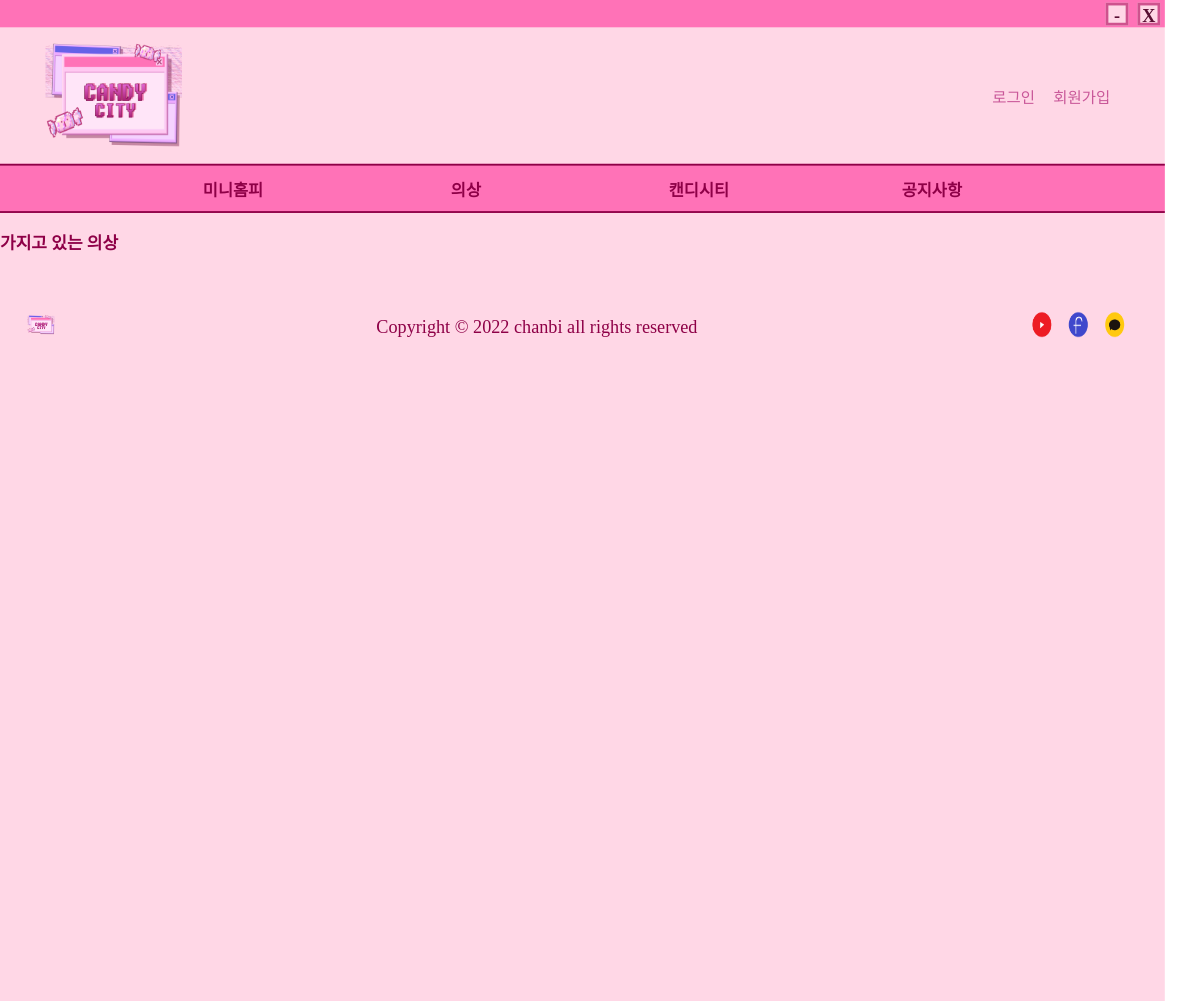
Repository: chanbiM/candyCityProject
Page: http://localhost/CandyCityProj/getcCostumeList
These files come from the project's save history. The page is drawn as it stood at one moment and after the next save; the edit follows.
The browser window is 1280 px wide. The page is 1310 px wide, so the pictures cover 1310 px, including what lies to the right of the window. The pictures show the whole page, at 91% of full size.
Some web fonts or font styles are not loaded; a fallback is used. The page is served by Tomcat 9. Other server files are loaded and not shown. Queries for data that is not in the repository find no rows.

Above is the page before, as saved 2022-11-19 14:20:54.

### CandyCityProj/WebContent/member/character/myCostumeList.jsp
<%@page import="vo.CostumeVO"%>
<%@page import="java.util.ArrayList"%>
<%@page import="vo.MemberVO"%>
<%@ page language="java" contentType="text/html; charset=UTF-8"
    pageEncoding="UTF-8"%>
<%@ include file="/header.jsp"%>

	<br>
<%
	ArrayList<CostumeVO> costumeList = (ArrayList<CostumeVO>)request.getAttribute("costumeList");
	String userName = (String) request.getAttribute("name");
%>
	<h3>가지고 있는 의상</h3>
	<ul class="mainList">
	<% for(CostumeVO data : costumeList) {
		System.out.print(data.getCostumeName());
	%>
		<li>
			<ul class="subList">
				<li><img alt="의상" src="/images/costume/<%= data.getName() %>"></li>
				<li><%= data.getCostumeName() %></li>
			</ul>
		</li>
	<%
	}%>
	</ul>



<%@ include file="/footer.jsp"%>

### CandyCityProj/WebContent/header.jsp
<%@page import="vo.MemberVO"%>
<%@ page language="java" contentType="text/html; charset=UTF-8"
	pageEncoding="UTF-8"%>
<!DOCTYPE html>
<html>
<head>
<meta charset="UTF-8">
<title>Candy City</title>
<link rel="stylesheet" href="/css/mainStyle.css">
<script src="/js/jquery-3.1.1.min.js"></script>
</head>
<body>
	<div class="wrapper">
		<!-- 창 바 -->
		<div class="window">
			<button class="widow_btn" id="-_btn">-</button>
			<button class="widow_btn" id="x_btn">X</button>
		</div>

		<header>
			<!-- 로고 -->
			<div class="logo">
				<a href="/index.jsp"><img alt="로고" src="/images/logo.png"></a>
			</div>

			<!-- 기타 메뉴바 -->
			<div class="minimenu">

				<ul>
					<%
						MemberVO vo = (MemberVO) session.getAttribute("loginOK");
						if (vo == null) {
					%>
					<li><a href="/member/login.jsp">로그인</a></li>
					<li><a href="/member/insertMember.jsp">회원가입</a></li>
					<%
						} else {
					%>
					<li><a href="/member/myPage.jsp"><%=vo.getName()%>님</a></li>
					<li><a href="/logout"> 로그아웃 </a></li>
					<li><a href="/member/myPage.jsp">마이페이지</a></li>

					<%
						}
					%>
				</ul>

			</div>
		</header>

		<!-- 메뉴바 -->
		<nav>
			<ul class="mainmenu">
				<li><a href="/getHomepiList">미니홈피</a>
					<ul class="submenu">
					<%
						if (vo == null) {
					%>
						<li><a href="/member/login.jsp">내 미니홈피</a></li>
						<li><a href="/getHomepiList">미니홈피 목록</a></li>
					<%
						} else {
					%>

						<li><a href="/GetHomepi?id=<%= vo.getId() %>">내 미니홈피</a></li>
						<li><a href="/getHomepiList">미니홈피 목록</a></li>
					<%
						}
					%>
					</ul></li>

				<li><a href="#">의상</a>
					<ul class="submenu">
					<%
						if (vo == null) {
					%>
						<li><a href="/member/login.jsp">내 의상</a></li>
						<li><a href="/member/login.jsp">의상 상점</a></li>
						<li><a href="/member/login.jsp">의상 설정</a></li>
					<% } else {
					%>
						<li><a href="/getcCostumeList?id=<%= vo.getId() %>&name=<%= vo.getName() %>">내 의상</a></li>
						<li><a href="/getShopList?id=<%= vo.getId() %>">의상 상점</a></li>
						<li><a href="/characterSet">의상 설정</a></li>
					<%
					} %>
					</ul></li>

				<li><a href="/getCandyCityList">캔디시티</a>
					<ul class="submenu">
					</ul></li>

				<li><a href="/getNoticeList?type=E">공지사항</a>
					<ul class="submenu">
						<li><a href="/getNoticeList?type=E">이벤트</a></li>
						<li><a href="/getNoticeList?type=N">공지사항</a></li>
						<li><a href="/getNoticeList?type=R">당첨자 발표</a></li>
					</ul></li>

				<%
					MemberVO adminVo = (MemberVO) session.getAttribute("manager");
					if (adminVo != null) {
				%>
				<li><a href="/getUserList">관리자용 메뉴</a>
					<ul class="submenu">
						<li><a href="/getUserList">유저 리스트</a></li>
						<!-- <li><a href="#">문의글 확인</a></li>
						<li><a href="#">신고글 확인</a></li> -->
						<li><a href="/admin/noticeInsert.jsp">공지사항/이벤트 작성</a></li>
					</ul></li>
			<%
				}
			%>
			</ul>

		</nav>

### CandyCityProj/WebContent/footer.jsp
<%@ page language="java" contentType="text/html; charset=UTF-8"
    pageEncoding="UTF-8"%>
        <!-- 푸터 영역 -->
        <footer>
            <!-- 하단로고 -->
            <div>
                <a href="/index.jsp" class="logo">
                    <img src="/images/logo.png" alt="로고" >
                </a>
            </div>
            <!-- 카피라이트 -->
            <div class="copyright">
                <p> Copyright &copy; 2022 chanbi all rights reserved</p>
            </div>
            <!-- SNS -->
            <div>
                <ul class="sns">
                    <li><a href="https://www.youtube.com/@rorochanbi"><img src="/images/youtube.png" alt="유튜브" height="40"></a></li>
                    <li><a href="#"><img src="/images/facebook.png" alt="페이스북" height="40"></a></li>
                    <li><a href="https://open.kakao.com/o/s1olGebe"><img src="/images/kakao.png" alt="카카오톡" height="40"></a></li>
                </ul>
            </div>
        </footer>
    </div>
	<script src="/js/script.js"></script>
</body>
</html>

### CandyCityProj/src/controller/GetcCostumeListController.java
package controller;

import java.io.IOException;
import java.util.ArrayList;

import javax.servlet.ServletException;
import javax.servlet.annotation.WebServlet;
import javax.servlet.http.HttpServlet;
import javax.servlet.http.HttpServletRequest;
import javax.servlet.http.HttpServletResponse;

import dao.CharacterDAO;
import vo.CostumeVO;

@WebServlet("/getcCostumeList")
public class GetcCostumeListController extends HttpServlet {
	private static final long serialVersionUID = 1L;

    public GetcCostumeListController() {
        super();
        // TODO Auto-generated constructor stub
    }

	protected void doGet(HttpServletRequest request, HttpServletResponse response) throws ServletException, IOException {
		response.setContentType("text/html; charset=UTF-8");
		request.setCharacterEncoding("UTF-8");
		CharacterDAO dao = new CharacterDAO();
		String id = request.getParameter("id");
		String userName = request.getParameter("name");

		ArrayList<CostumeVO> costumeList = dao.getCosList(id);

		request.setAttribute("costumeList", costumeList);
		request.setAttribute("name", userName);

		request.getRequestDispatcher("/member/character/myCostumeList.jsp").forward(request, response);
	}

	protected void doPost(HttpServletRequest request, HttpServletResponse response) throws ServletException, IOException {
		// TODO Auto-generated method stub
		doGet(request, response);
	}

}

### CandyCityProj/src/dao/CharacterDAO.java
package dao;

import java.sql.Connection;
import java.sql.PreparedStatement;
import java.sql.ResultSet;
import java.sql.SQLException;
import java.util.ArrayList;

import common.JdbcUtill;
import vo.CharacterVO;
import vo.CostumeVO;
import vo.MemberVO;
import vo.NoticeVO;
import vo.PostVO;

public class CharacterDAO {

	//입고 있는 의상 조회
	public CharacterVO getCharacterCode(String id) {
		Connection conn = null;
		PreparedStatement pstmt = null;
		ResultSet rs = null;
		String sql = "select * from character where id=?";
		CharacterVO result = new CharacterVO();

		conn = JdbcUtill.getConnection();
		try {
			pstmt = conn.prepareStatement(sql);
			pstmt.setString(1, id);

			rs = pstmt.executeQuery();

			if(rs.next()) {
				result.setId(rs.getString("id"));
				result.setHead(rs.getString("head"));
				result.setEyes(rs.getString("eyes"));
				result.setBody(rs.getString("body"));
				result.setShoes(rs.getString("shoes"));

			}

		} catch (Exception e) {
			e.printStackTrace();
		} finally {
			JdbcUtill.close(conn, pstmt, rs);
		}

		return result;
	}

	//의상 조회
	public CostumeVO getCostumeInfo(String costumeCode) {
		Connection conn = null;
		PreparedStatement pstmt = null;
		ResultSet rs = null;
		String sql = "select * from costume where costume_code=?";
		CostumeVO result = new CostumeVO();

		conn = JdbcUtill.getConnection();
		try {
			pstmt = conn.prepareStatement(sql);
			pstmt.setString(1, costumeCode);

			rs = pstmt.executeQuery();

			if(rs.next()) {
				result.setCostumeCode(rs.getString("costume_code"));
				result.setCostumeName(rs.getString("costume_name"));
				result.setPrice(rs.getInt("price"));
				result.setParts(rs.getString("parts"));
				result.setName(rs.getString("name"));
			}

		} catch (Exception e) {
			e.printStackTrace();
		} finally {
			JdbcUtill.close(conn, pstmt, rs);
		}

		return result;
	}

	//가지고 있는 의상 리스트 조회
	public ArrayList<CostumeVO> getCosList(String id){
		ArrayList<CostumeVO> list = new ArrayList<CostumeVO>();
		Connection conn = null;
		PreparedStatement pstmt = null;
		ResultSet rs = null;
		String sql = "select c.* from costume c, (select * from holding_costume where id=?) h where c.costume_code = h.costume_code";

		try {
			conn = JdbcUtill.getConnection();
			pstmt = conn.prepareStatement(sql);
			pstmt.setString(1, id);

			rs = pstmt.executeQuery();

			while (rs.next()) {
				CostumeVO vo = new CostumeVO();
				vo.setCostumeCode(rs.getString("costume_code"));
				vo.setCostumeName(rs.getString("costume_name"));
				vo.setPrice(rs.getInt("price"));
				vo.setParts(rs.getString("parts"));
				vo.setName(rs.getString("name"));

				list.add(vo);
			}

		} catch (SQLException e) {
			e.printStackTrace();
			System.out.println("테이블 데이터 조회 실패");
		} finally {
			 JdbcUtill.close(conn, pstmt, rs);
		}
		return list;
	}

	//의상 상점, 살 수 있는 것 조회
	public ArrayList<CostumeVO> getShopList(String id){
		ArrayList<CostumeVO> list = new ArrayList<CostumeVO>();
		Connection conn = null;
		PreparedStatement pstmt = null;
		ResultSet rs = null;
		String sql = "select c.* from costume c left join (select costume_code from holding_costume where id=?) h on h.costume_code=c.costume_code where h.costume_code is NULL order by costume_name";

		try {
			conn = JdbcUtill.getConnection();
			pstmt = conn.prepareStatement(sql);
			pstmt.setString(1, id);

			rs = pstmt.executeQuery();

			while (rs.next()) {
				CostumeVO vo = new CostumeVO();
				vo.setCostumeCode(rs.getString("costume_code"));
				vo.setCostumeName(rs.getString("costume_name"));
				vo.setPrice(rs.getInt("price"));
				vo.setParts(rs.getString("parts"));
				vo.setName(rs.getString("name"));

				list.add(vo);
			}

		} catch (SQLException e) {
			e.printStackTrace();
			System.out.println("테이블 데이터 조회 실패");
		} finally {
			 JdbcUtill.close(conn, pstmt, rs);
		}
		return list;
	}

	//의상 구매
	public int buyCos(String id, String costumeCode) {
		int n = 0;

		Connection conn = null;
		PreparedStatement pstmt = null;
		String sql = "insert into holding_costume values(?,?)";

		conn = JdbcUtill.getConnection();

		try {
			pstmt = conn.prepareStatement(sql);

			pstmt.setString(1, id);
			pstmt.setString(2, costumeCode);

			n = pstmt.executeUpdate();

		} catch (SQLException e) {
			e.printStackTrace();
		} finally {
			JdbcUtill.close(conn, pstmt);
		}

		return n;
	}
	//캔디 업데이트
	public int updateCandyNum(String id, int price) {
		int n = 0;
		Connection conn = null;
		PreparedStatement pstmt = null;
		String sql = "update member set candy=candy-? where id=?";

		try {
			conn = JdbcUtill.getConnection();
			pstmt = conn.prepareStatement(sql);
			pstmt.setInt(1, price);
			pstmt.setString(2, id);

			n = pstmt.executeUpdate();
		} catch (Exception e) {
			e.printStackTrace();
		} finally {
			JdbcUtill.close(conn, pstmt);
		}
		return n;
	}

	//머리 의상 수정
	public int updateHeadCos(String id, String costumeCode) {
		int n = 0;
		Connection conn = null;
		PreparedStatement pstmt = null;
		String sql = "update character set head=? where id=?";

		try {
			conn = JdbcUtill.getConnection();
			pstmt = conn.prepareStatement(sql);
			pstmt.setString(1, costumeCode);
			pstmt.setString(2, id);

			n = pstmt.executeUpdate();
		} catch (Exception e) {
			e.printStackTrace();
		} finally {
			JdbcUtill.close(conn, pstmt);
		}
		return n;
	}

	//눈 수정
	public int updateEyesCos(String id, String costumeCode) {
		int n = 0;
		Connection conn = null;
		PreparedStatement pstmt = null;
		String sql = "update character set eyes=? where id=?";

		try {
			conn = JdbcUtill.getConnection();
			pstmt = conn.prepareStatement(sql);
			pstmt.setString(1, costumeCode);
			pstmt.setString(2, id);

			n = pstmt.executeUpdate();
		} catch (Exception e) {
			e.printStackTrace();
		} finally {
			JdbcUtill.close(conn, pstmt);
		}
		return n;
	}

	//몸 수정
	public int updateBodyCos(String id, String costumeCode) {
		int n = 0;
		Connection conn = null;
		PreparedStatement pstmt = null;
		String sql = "update character set body=? where id=?";

		try {
			conn = JdbcUtill.getConnection();
			pstmt = conn.prepareStatement(sql);
			pstmt.setString(1, costumeCode);
			pstmt.setString(2, id);

			n = pstmt.executeUpdate();
		} catch (Exception e) {
			e.printStackTrace();
		} finally {
			JdbcUtill.close(conn, pstmt);
		}
		return n;
	}

	//신발 수정
	public int updateShoesCos(String id, String costumeCode) {
		int n = 0;
		Connection conn = null;
		PreparedStatement pstmt = null;
		String sql = "update character set shoes=? where id=?";

		try {
			conn = JdbcUtill.getConnection();
			pstmt = conn.prepareStatement(sql);
			pstmt.setString(1, costumeCode);
			pstmt.setString(2, id);

			n = pstmt.executeUpdate();
		} catch (Exception e) {
			e.printStackTrace();
		} finally {
			JdbcUtill.close(conn, pstmt);
		}
		return n;
	}
}

### CandyCityProj/src/common/JdbcUtill.java
package common;

import java.sql.Connection;
import java.sql.DriverManager;
import java.sql.PreparedStatement;
import java.sql.ResultSet;

public class JdbcUtill {
	public static Connection getConnection() {
		Connection conn = null;

		try {
			Class.forName("oracle.jdbc.driver.OracleDriver");
			conn = DriverManager.getConnection("jdbc:oracle:thin:@localhost:1521:xe", "hr", "hr");
		} catch (Exception e) {
			System.out.println("DB 연결 실패");
			e.printStackTrace();
		}
		return conn;
	}

	public static void close(Connection conn, PreparedStatement pstmt) {
		if (pstmt!= null) {
			try {
				pstmt.close();
			} catch (Exception e) {
				// TODO: handle exception
				System.out.println("pstmt.close() 실패");
			}
		}

		if(conn != null) {
			try {
				conn.close();
			} catch (Exception e) {
				// TODO: handle exception
				System.out.println("conn.close() 실패");
				e.printStackTrace();
			}
		}
	}

	public static void close(Connection conn, PreparedStatement pstmt, ResultSet rs) {
		if(rs != null) {
			try {
				rs.close();
			} catch (Exception e) {
				// TODO: handle exception
				System.out.println("rs.close() ����");
				e.printStackTrace();
			}
		}
		close(conn, pstmt);
	}


}

### CandyCityProj/WebContent/css/mainStyle.css
@font-face {
    font-family: 'DungGeunMo';
    src: url('https://cdn.jsdelivr.net/gh/projectnoonnu/noonfonts_six@1.2/DungGeunMo.woff') format('woff');
    font-weight: normal;
    font-style: normal;
}
* {
    margin: 0;
    padding: 0;
    list-style: none;
    text-decoration: none;
    color: rgb(19, 0, 1);
    font-family: 'DungGeunMo';
    color: #8e0047;
    -ms-user-select: none;
   -moz-user-select: -moz-none;
   -khtml-user-select: none;
   -webkit-user-select: none;
   user-select: none;
}

.wrapper {
    width: 1280px;
    min-height: 1100px;
    margin: 0 auto;
    background-color: rgb(255, 215, 230);
}

.window {
    width: 100%;
    height: 30px;
    display: flex;
    justify-content: flex-end;
    background-color: #FF72B7;
    align-items: center;
}
.widow_btn {
    width: 25px;
    height: 25px;
    margin: 5px;
    color: #580e32;
    font-weight: bold;
    font-size: 20px;
    background-color: rgb(255, 215, 230);
    border: 3px solid #ce528e;
}

.widow_btn:hover {
    background-color: rgb(203, 164, 178);
    border: 3px solid #953c67;
    cursor: pointer;
    text-align: center;
}

.logo > a {
    display: flex;
}

.logo > a > img {
    width: 150px;
    height: 120px;
    margin: 50px;
    margin-top: 15px;
}

header {
    width: 100%;
    height: 150px;
    display: flex;
    justify-content: space-between;
}

.minimenu {
    width: 1000px;
    display: flex;
    font-size: 17px;
    align-items: center;
    margin-right: 50px;
    justify-content: flex-end;
}

.minimenu ul{
    display: flex;
}

.minimenu ul li {
    margin: 10px;
}

.minimenu ul li:hover {
    font-weight: bold;
}

/*.minimenu ul {
    width: 100%;
    display: flex;
    justify-content: space-evenly;
}*/

.minimenu ul li a{
	color: #c95899;
}

.mainmenu {
    /* 메뉴 요소 4개 가로정렬 */
    width: 1280px;
    display: flex;

    /* 중앙정렬 */
    text-align: center;
    align-items: center;
    justify-content: center;

    background-color: #FF72B7;
    border-top: 2px #8e0047 solid;
    border-bottom: 2px #8e0047 solid;
    position:relative;

}

.mainmenu li {
    width: 20%;
    height: 50px;
}

.mainmenu a {
    display: flex;
    justify-content: center;
    align-items: center;
    width: 100%;
    height: 100%;
    font-size: 18px;
    font-weight: 600;

    /* 하이라이팅 줄때 애니메이션을 줄 시간과 속성들 */
    transition: background-color 1s, color 1s;
}
/* :hover -> 마우스를 위에 올려 놓을때 적용할 스타일*/
.mainmenu a:hover {
    background-color: #aa4a78;
    color: white;
}


.mainmenu .submenu {
    /* 부모의 면적 + 다른 요소에 영향을 주지 않음 -> 다른 요소에 독립적*/
    position: absolute;
    /* 맨 앞으로 가져오기*/
    z-index: 100;
	width: 20%;

    background-color: #FF72B7;
    color: white;

    /* 기본적으로는 가려짐. 나중에 js로 호버될때 해제되도록 해줄 것 */
    display: none;
}

.submenu li {
    width: 100%;
}
.submenu a:hover {
    background-color: rgb(254, 207, 228);
    color: rgb(70, 19, 30);
}

#slide {
    width: 100%;
    height: 300px;
    position: relative;
    overflow: hidden;
}
#slide>ul>li>a>img {
    position: absolute;
    width: 100%;
    top: 0;
    left: -100%;
    opacity: 0;
}

#slide >ul>li>a>img:first-child {
    left: 0;
    opacity: 1;
}

#slide ul {
    /* 다른 요소에 관여받지 않고 #slide 기준으로 움직이도록*/
    position: absolute;
    top: 0;
    left: 0;

    width: 100%;


}

/* 섹션 */

section {
    display: flex;
    height: 350px;
    overflow: hidden;
    margin: 20px;
}

section > div {
    flex: 1;
    max-width: 50%;

    padding: 10px;
}

/* 컨텐츠 탭 */
.tab {
    display: flex;
}

/* 활성화 된 탭 추가 효과 */
.tab .active {
    background-color: #FF72B7;
}
.tab .active a{
    color: white;
}


.tab div {
    padding: 7px;
    border: 1px solid #800040;
    /* content, tab이 보더가 곂치므로 한쪽 없애주기 */
    border-bottom: none;
}

#content_container .content {
    padding: 7px;
    border: 1px solid #800040;

    /* 일정 크기 이상으로 글자가 나오는걸 방지 */
    max-width: 600px;
    height: 200px;
}

/* 각 요소들의 글자가 넘쳐날 경우 .... 처리*/
#post li {
    overflow: hidden;
    text-overflow:ellipsis;
    white-space: nowrap;
    line-height: 25px;


    border-bottom: 1px solid #800040;
}

/* 갤러리 */
/* 기본적으로 활성화 된게 공지사항이므로 갤러리 컨텐츠는 가리기 */
#event {
    display: none;
}

#event li{
    overflow: hidden;
    text-overflow:ellipsis;
    white-space: nowrap;
    line-height: 25px;


    border-bottom: 1px solid #800040;
}

#ranking {
	margin-top: 2px;
}
#ranking ul, #ranking li{
    width: 95%;
}

#ranking ul {
	border: 2px solid #800040;

	padding: 10px;
	height: 195px;


}
#ranking li {
    /* 버튼별 간격 */
    margin-bottom: 15px;
    width: 96%;


    /* 버튼 내부 간격 */
    padding: 7px;
    text-align: center;
    background-color: #e366b1;
    text-align: left;
    color: #8e0047;
}

#ranking h4 {
	background-color: #FF72B7;
	color: white;

	font-weight: normal;
	border: 2px solid #800040;
	width: 130px;
	padding: 5px;
	overflow: hidden;
	text-align: center;
	border-bottom: none;
}
#ranking a {
    color: white;
    margin-left: 5px;
}

/* 푸터 */

footer {
    /* 가로 정렬 */
    display: flex;

    /* 3가지 요소들 가로 간격 */
    justify-content: space-between;
    /* 세로 중앙 정렬*/
    align-items: center;

    width: 100%;
    height: 100px;
    margin: 30px;
}

.sns {
    display: flex;
    margin-right: 70px;
}

/* sns 아이콘별 간격 */
.sns li {
    margin-left: 10px;
}

footer img {
    width: 30px;
}


.copyright {
	font-size: 20px;
}

.info {
	width: 100%;
	margin-left: 20px;
	height: 700px;
}

.infoText {
	width: 300px;
	height: 30px;
	font-size: 23px;
	border: 0px;
	background-color: #ffeaf3;
	text-align: center;
}

.info th {
	width: 250px;
	margin: 5px;
	font-size: 30px;
}

.info td {
	width: 300px;
	margin: 10px;
	font-size: 25px;
	text-align: center;
}

.updatebtn {
	border: 0px;
	background-color: rgb(255, 215, 230);
	font-size: 25px;

}

input:focus {outline: none;}

hr {
	margin: 30px;
	width: 90%;
	margin: auto;

	height : 1px;
    border: 0;
	background-color : #811b4e;

}

h2 {
	margin: 30px;
}

/* 팝업의 배경 */
.popup_back {
    /* 기본적으로 가려짐 */
    display: none;

    /* 사이트 내용의 면적을 무시하고 배치*/
    position: absolute;
    top: 0;
    left: 0;

    /* 창 전체 가로 세로 채우기*/
    width: 100%;
    height: 100%;

    /* 검정색 배경(0,0,0,)에서 0.8로 투명도 설정*/
    background: rgba(0,0,0,0.3);
    position: fixed;

}

/* 팝업 본체 */
.popup{
    position: relative;

    /* 팝업 창의 가로 세로*/
    width:500px;
    height:300px;

    /* 배경 면적의 top 50%, left 50% 위치로 이동 */
    top:50%;
    left:50%;
    /* 중앙 배치를 위해 팝업의 가로 세로의 절반 크기 만큼 옮기기*/
    margin-top: -100px;
    margin-left:-200px;

    background:#fff;
    padding: 20px;
}


/* 팝업 버튼 */
.popup_close {
    position: absolute;
    padding: 5px;

    /* 팝업의 아래쪽부터 20px, 오른쪽으로부터 20px */
    right: 20px;
    bottom: 20px;
    background-color: #FF72B7;
    border: 2px solid #ea0075;
}
.popup_close:hover {
	background-color: #f14b9a;
    border: 2px solid #aa0055;
    cursor: pointer;
}

.pwdUpdateBtn {
	position: absolute;
    padding: 5px;

    /* 팝업의 아래쪽부터 20px, 오른쪽으로부터 20px */
    right: 100px;
    bottom: 20px;
    background-color: #FF72B7;
    border: 2px solid #ea0075;
}

.pwdUpdateBtn:hover {
	background-color: #f14b9a;
    border: 2px solid #aa0055;
    cursor: pointer;
}

/* 팝업의 배경 */
.popup_back_del {
    /* 기본적으로 가려짐 */
    display: none;

    /* 사이트 내용의 면적을 무시하고 배치*/
    position: absolute;
    top: 0;
    left: 0;

    /* 창 전체 가로 세로 채우기*/
    width: 100%;
    height: 100%;

    /* 검정색 배경(0,0,0,)에서 0.8로 투명도 설정*/
    background: rgba(0,0,0,0.3);
    position: fixed;

}

/* 팝업 본체 */
.popup_del{
    position: relative;

    /* 팝업 창의 가로 세로*/
    width:500px;
    height:300px;

    /* 배경 면적의 top 50%, left 50% 위치로 이동 */
    top:50%;
    left:50%;
    /* 중앙 배치를 위해 팝업의 가로 세로의 절반 크기 만큼 옮기기*/
    margin-top: -100px;
    margin-left:-200px;

    background:#fff;
    padding: 20px;
}

Loaded but not shown: CandyCityProj/WebContent/js/jquery-3.1.1.min.js (library); CandyCityProj/WebContent/js/script.js (84 lines, source omitted)

After the next save:
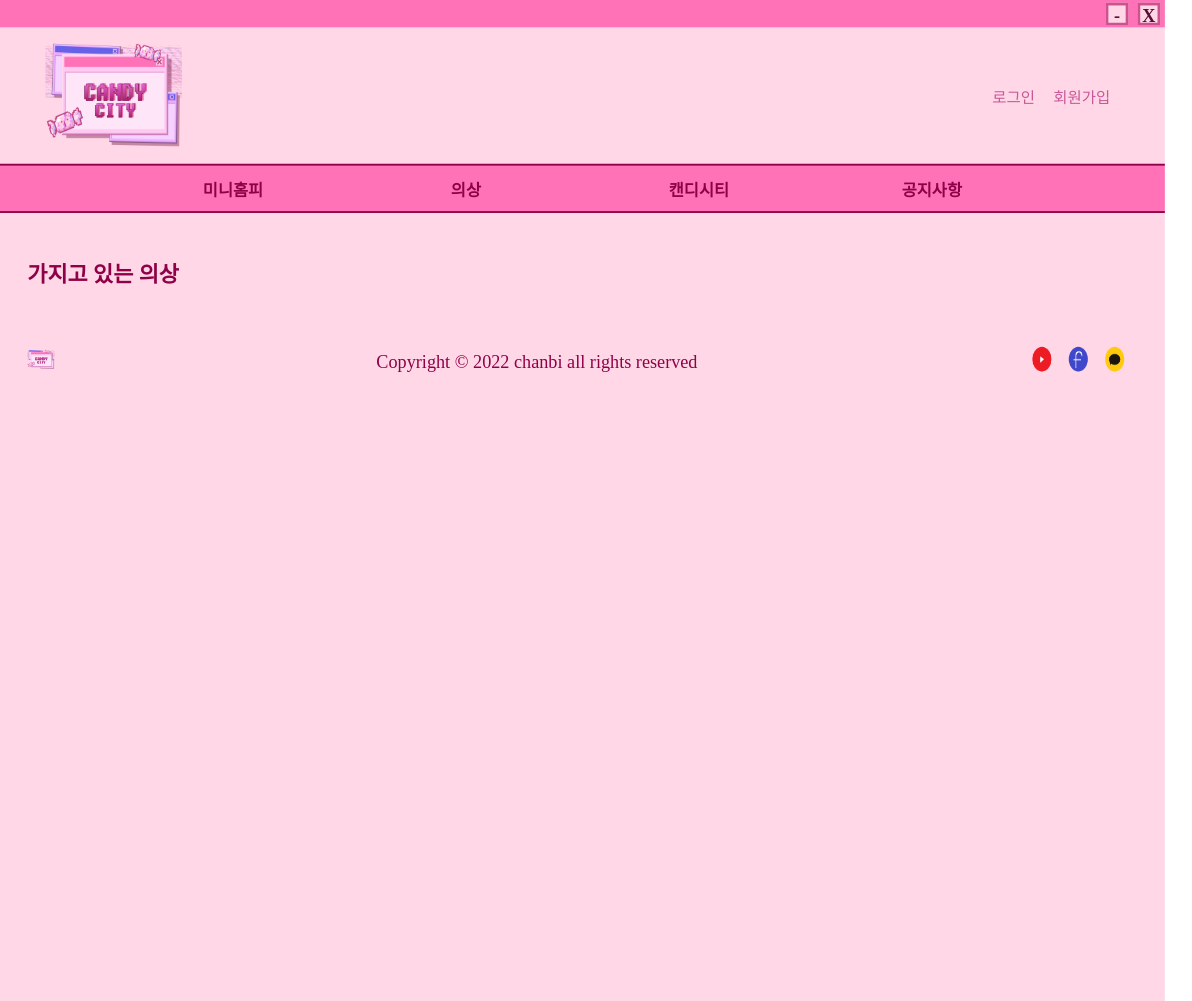
Saved 7 s later.
--- a/CandyCityProj/WebContent/member/character/myCostumeList.jsp
+++ b/CandyCityProj/WebContent/member/character/myCostumeList.jsp
@@ -10,7 +10,7 @@
 	ArrayList<CostumeVO> costumeList = (ArrayList<CostumeVO>)request.getAttribute("costumeList");
 	String userName = (String) request.getAttribute("name");
 %>
-	<h3>가지고 있는 의상</h3>
+	<h2>가지고 있는 의상</h2>
 	<ul class="mainList">
 	<% for(CostumeVO data : costumeList) {
 		System.out.print(data.getCostumeName());
